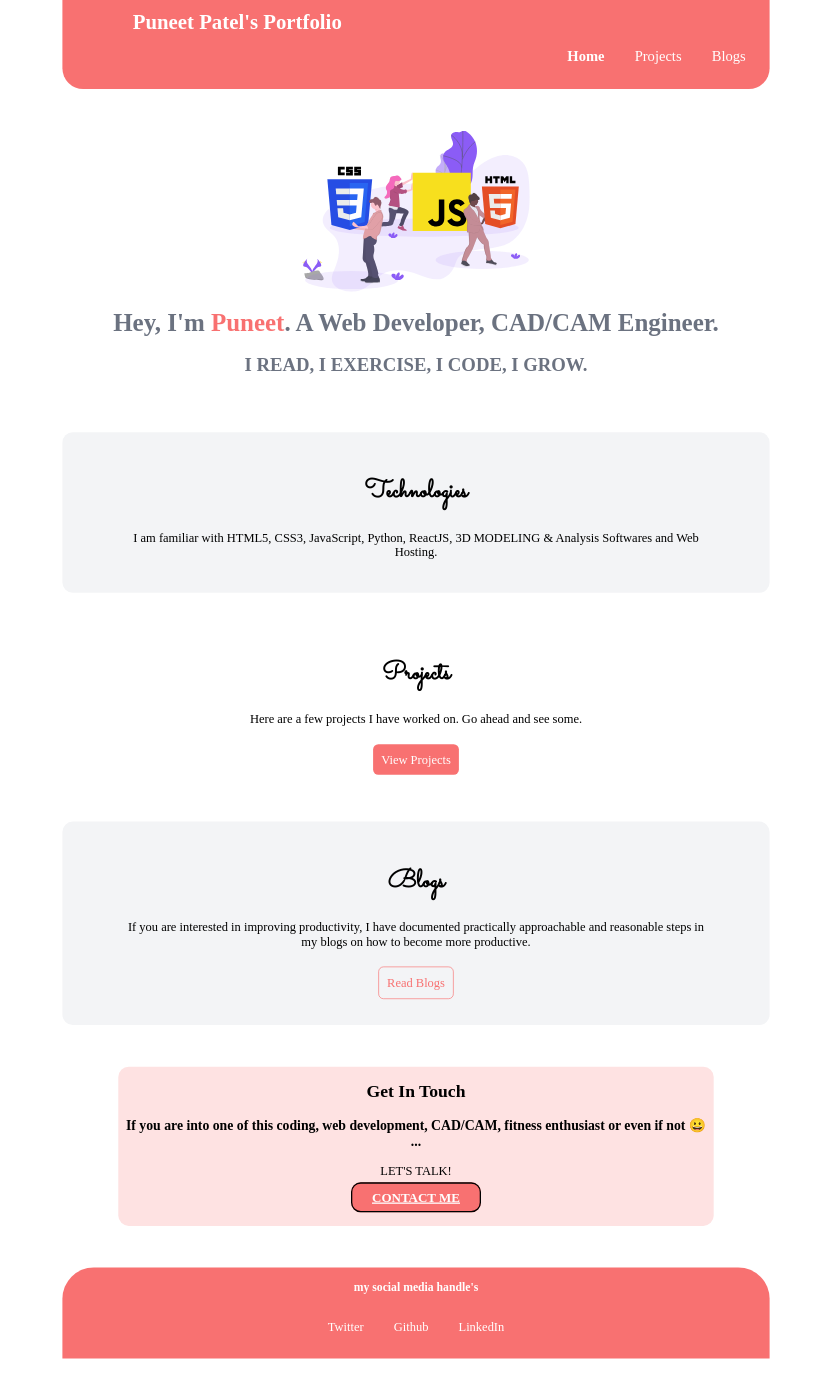
Repository: PuneetP16/Portfolio
Page: index.html
The author's editor kept a copy of each file at every save. The page is drawn from the files as they stood at one save, then again after the next save.
The browser window is 1280 px wide. The pictures show the whole page, at 65% of full size.
Some web fonts or font styles are not loaded; a fallback is used.

Above is the page before, as saved 2021-12-10 10:41:29.

After the next save:
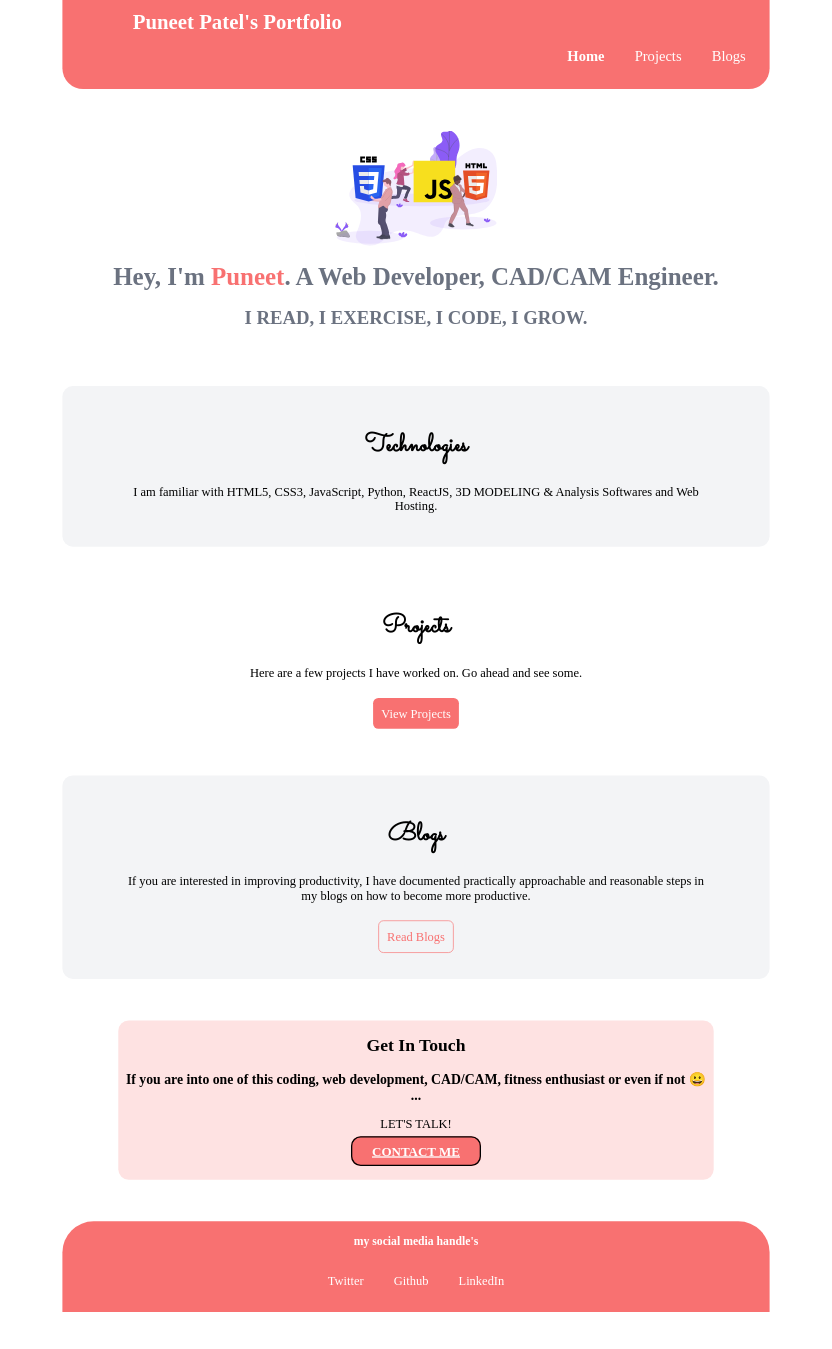
Saved 2 min 24 s later.
--- a/style.css
+++ b/style.css
@@ -118,7 +118,7 @@ hr {
 }
 
 .hero .hero-img {
-  max-width: 350px;
+  max-width: 250px;
   display: block;
   margin: auto;
 }
